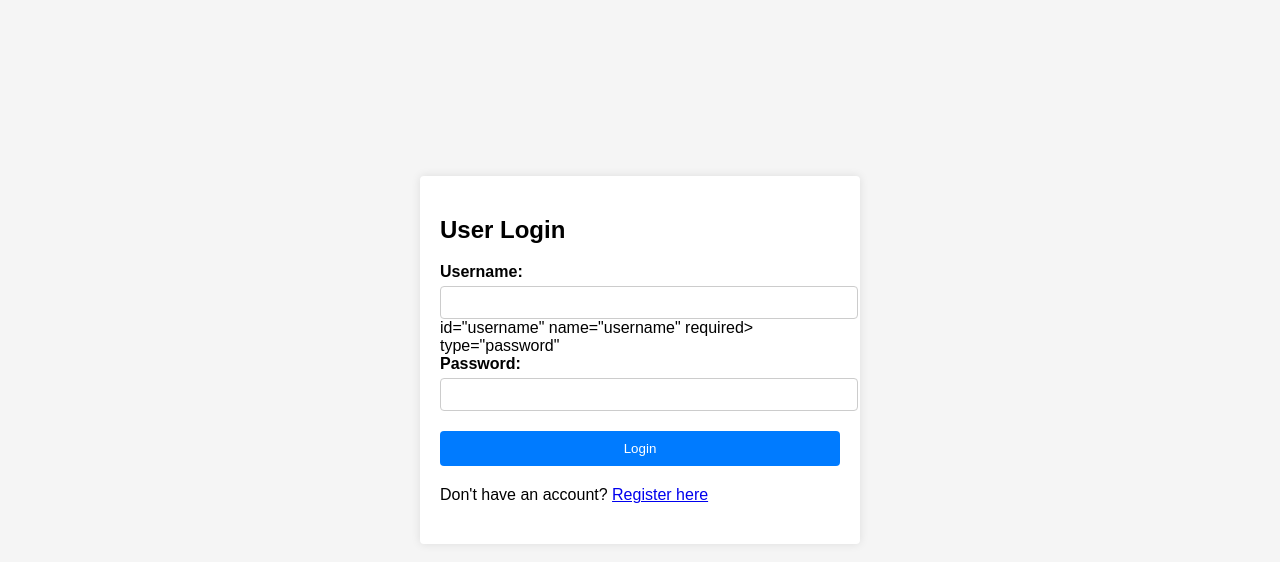
Repository: sabdulwahid1/Java-fsd
Page: Phase3_Practice_Project/Phase3_lesson1_Project/SpringBootSecurityApplication/src/main/webapp/WEB-INF/user-login.html
These files come from the project's save history. The page is drawn as it stood at one moment and after the next save; the edit follows.
The browser window is 1280 px wide. The pictures show the whole page.

Above is the page before, as saved 2024-01-09 06:32:17.

### Phase3_Practice_Project/Phase3_lesson1_Project/SpringBootSecurityApplication/src/main/webapp/WEB-INF/user-login.html
<!DOCTYPE html>
<html>
<head>
<meta charset="UTF-8">
<title>User Login</title>
<style>
body {
font-family: Arial, sans-serif;
background-color: #f5f5f5;
margin: 0;
padding: 0;
}
.container {
display: flex;
justify-content: center;
align-items: center;
height: 100vh;
}
.login-form {
max-width: 400px;
padding: 20px;
background-color: #fff;
border-radius: 4px;
box-shadow: 0 0 10px rgba(0, 0, 0, 0.1);
}
.form-group {
margin-bottom: 20px;
}
.form-group label {
display: block;
font-weight: bold;
margin-bottom: 5px;
}
.form-group input {
width: 100%;
padding: 8px;
border: 1px solid #ccc;
border-radius: 4px;
}
.form-group button {
display: block;
width: 100%;
padding: 10px;
background-color: #007bff;
color: #fff;
border: none;
border-radius: 4px;
cursor: pointer;
}
.form-group button:hover {
background-color: #0056b3;
}
</style>
</head>
<body>
<div class="container">
<div class="login-form">
<h2>User Login</h2>
<form action="/api/user/login" method="POST">
<div class="form-group">
<label for="username">Username:</label> <input
type="text"
</div>
id="username" name="username" required>
type="password"
<div class="form-group">
<label for="password">Password:</label> <input
id="password" name="password" required>
</div>
<div class="form-group">
<button type="submit">Login</button>
</div>
<div class="register-link">
Don't have an account? <a
href="/api/user/register ">Register
here</a>
</div>
</form>
</div>
</div>
</body>
</html>

After the next save:
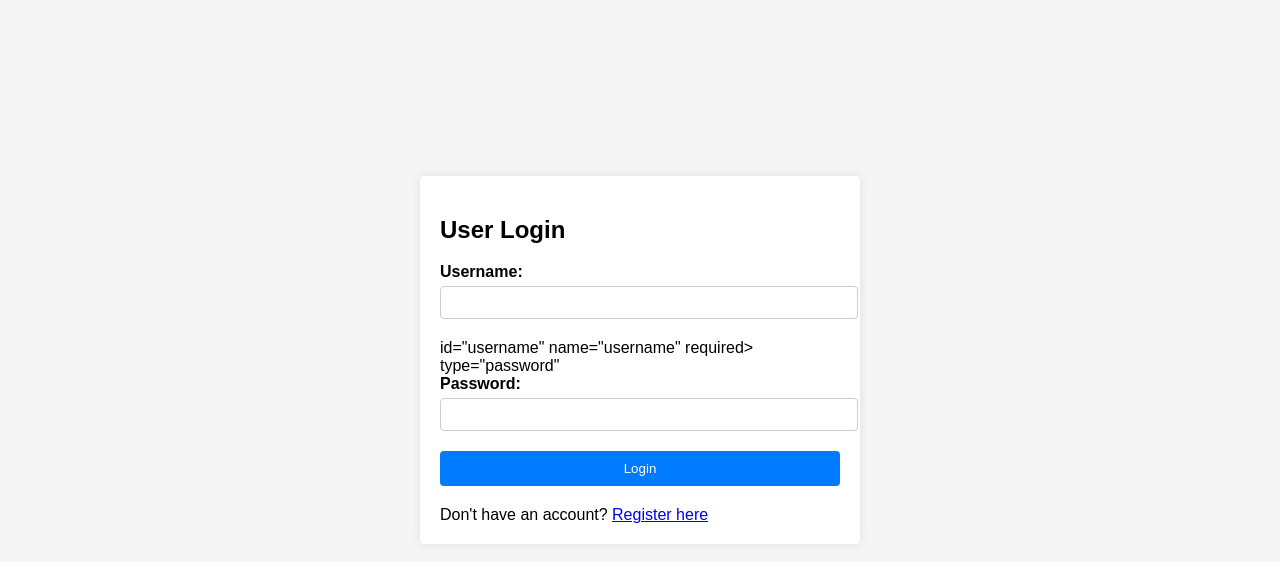
Saved 19 s later.
--- a/Phase3_Practice_Project/Phase3_lesson1_Project/SpringBootSecurityApplication/src/main/webapp/WEB-INF/user-login.html
+++ b/Phase3_Practice_Project/Phase3_lesson1_Project/SpringBootSecurityApplication/src/main/webapp/WEB-INF/user-login.html
@@ -58,8 +58,7 @@ background-color: #0056b3;
 <h2>User Login</h2>
 <form action="/api/user/login" method="POST">
 <div class="form-group">
-<label for="username">Username:</label> <input
-type="text"
+<label for="username">Username:</label> <input type="text">
 </div>
 id="username" name="username" required>
 type="password"
